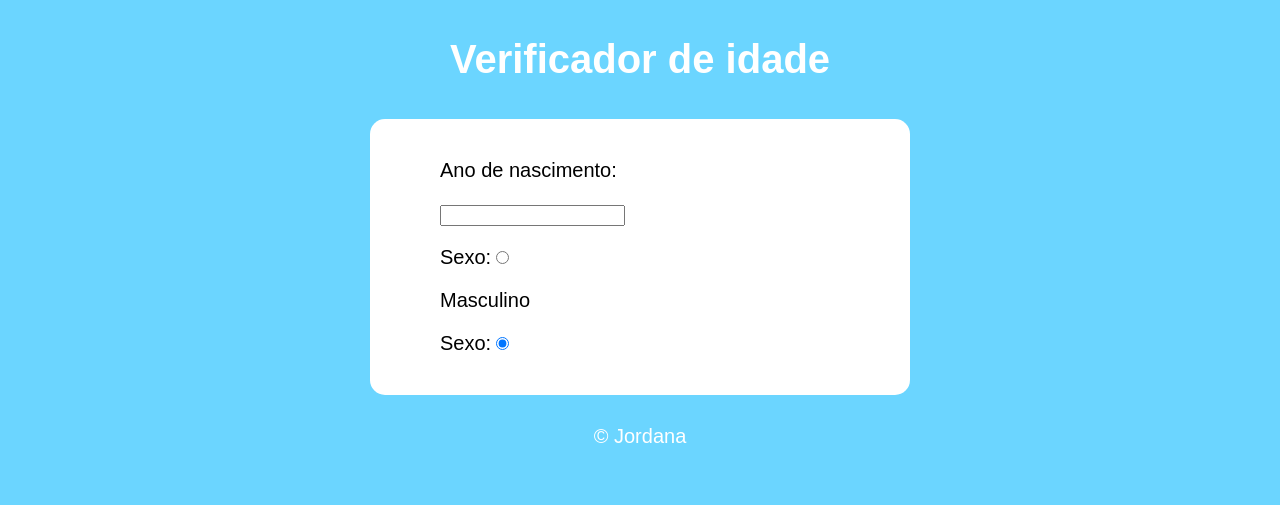
Repository: Iamjordana/Curso-JavaScript
Page: desafio/d02/index.html
These files come from the project's save history. The page is drawn as it stood at one moment and after a run of saves; the edit follows.
The browser window is 1280 px wide. The pictures show the whole page.

Above is the page before, as saved 2025-02-20 13:40:33.

After the next 5 saves:
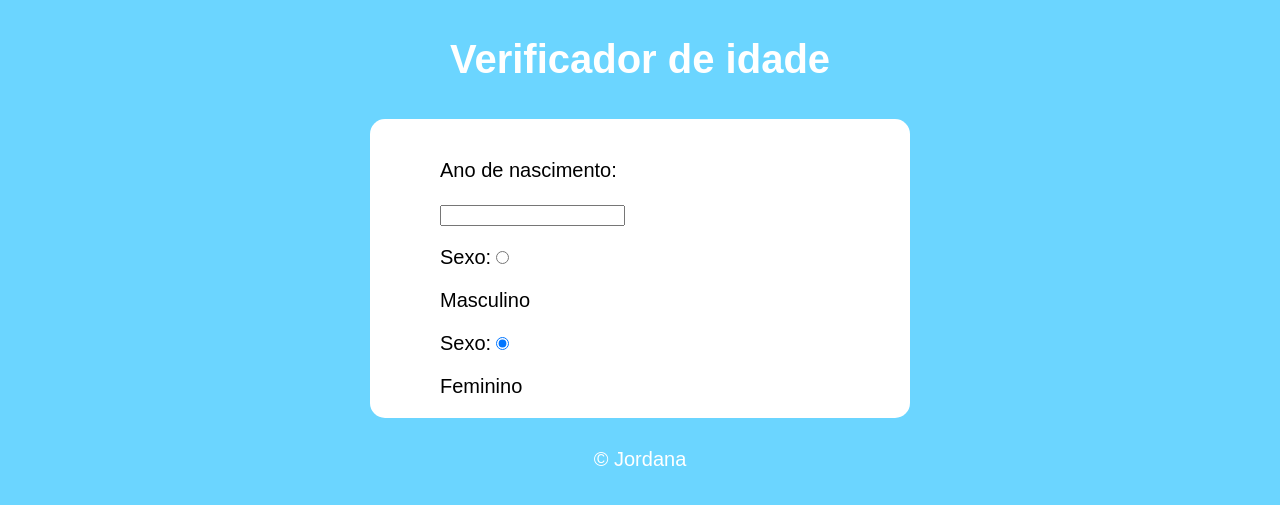
The 5 saves are shown as one change because they came seconds apart.
The last was saved 15 s later.
--- a/desafio/d02/index.html
+++ b/desafio/d02/index.html
@@ -16,7 +16,8 @@
            <input type="number" name="txtano" id="txtano" min="0">
            <p>Sexo:<input type="radio" name="res" id="masc" checked></p>
            <label for="masc">Masculino</label>
-           <p>Sexo:<input type="radio" name="res" id="masc" checked></p>
+           <p>Sexo:<input type="radio" name="res" id="fem" checked></p>
+           <label for="fem">Feminino</label>
 
         </div>
         <div id="res">
